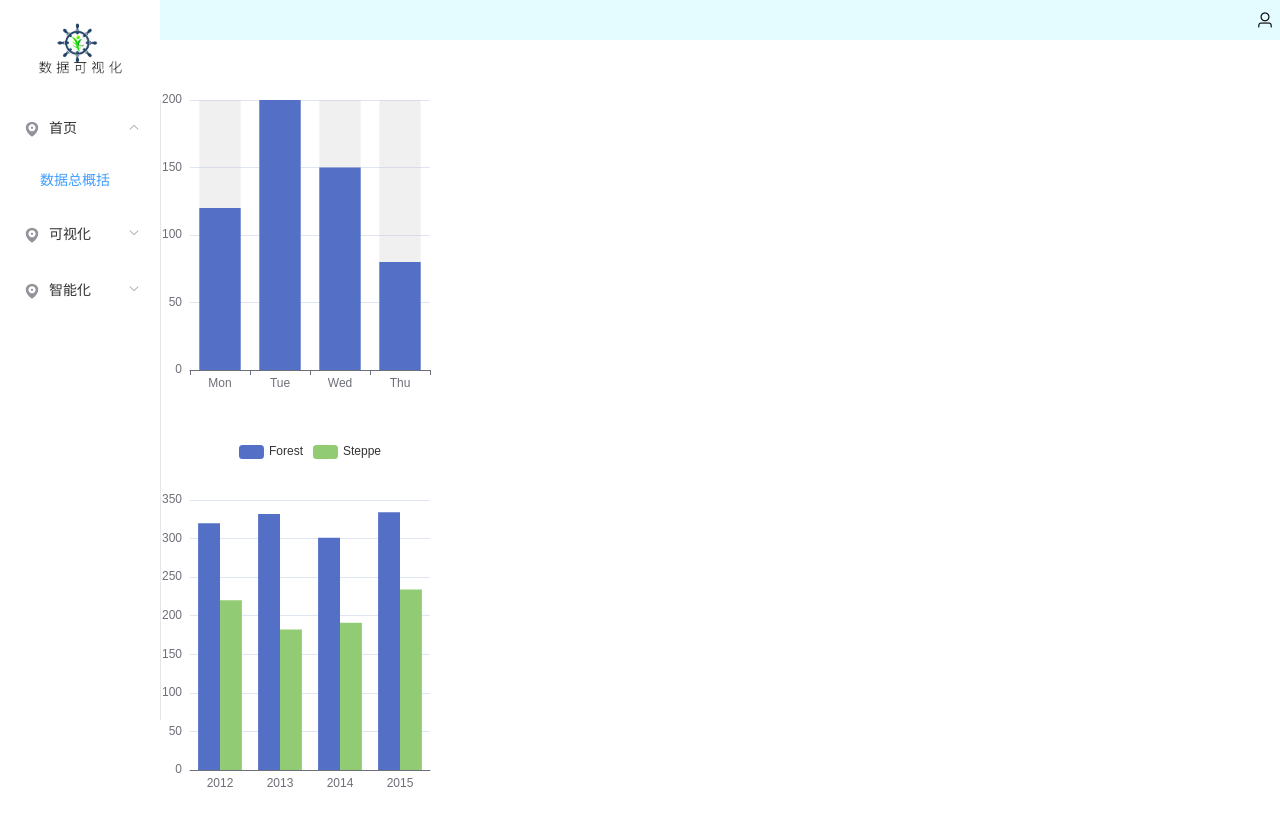
Repository: FoSuCloud/lianjia-vue
Page: /#/home/list
These files come from the project's save history. The page is drawn as it stood at one moment and after the next save; the edit follows.
The browser window is 1280 px wide. The pictures show the whole page.
The project was rebuilt for these pictures with package versions that can differ from the ones it lists, and the page was loaded fresh each time. Also part of the build but not shown: vue.config.js.

Above is the page before, as saved 2021-03-27 21:48:08.

### public/index.html
<!DOCTYPE html>
<html lang="">

<head>
    <meta charset="utf-8">
    <meta http-equiv="X-UA-Compatible" content="IE=edge">
    <meta name="viewport" content="width=device-width,initial-scale=1.0">
    <link rel="icon" href="<%= BASE_URL %>favicon.svg">
    <title>
        <%= htmlWebpackPlugin.options.title %>
    </title>
</head>

<body>
    <noscript>
      <strong>We're sorry but <%= htmlWebpackPlugin.options.title %> doesn't work properly without JavaScript enabled. Please enable it to continue.</strong>
    </noscript>
    <div id="app"></div>
    <!-- built files will be auto injected -->
</body>

</html>

### src/main.js
import Vue from "vue";
import App from "./App.vue";
import router from "./router";
import store from "./store";
import ElementUI from "element-ui";
import "element-ui/lib/theme-chalk/index.css";
import "@/assets/scss/index.scss";
import axios from '@/api/axios.js'
// 引入 echarts 核心模块，核心模块提供了 echarts 使用必须要的接口。
import * as echarts from 'echarts/core';
// 引入柱状图图表，图表后缀都为 Chart
import {
    BarChart
} from 'echarts/charts';
// 引入提示框，标题，直角坐标系组件，组件后缀都为 Component
import {
    TitleComponent,
    TooltipComponent,
    GridComponent,
    LegendComponent
} from 'echarts/components';
// 引入 Canvas 渲染器，注意引入 CanvasRenderer 或者 SVGRenderer 是必须的一步
import {
    CanvasRenderer
} from 'echarts/renderers';

// 注册必须的组件
echarts.use(
    [TitleComponent, TooltipComponent, GridComponent, LegendComponent, BarChart, CanvasRenderer]
);
//vue全局注入
Vue.prototype.$echarts = echarts
Vue.prototype.$axios = axios()
Vue.use(ElementUI, { size: "small", zIndex: 3000 });
Vue.config.productionTip = false;

new Vue({
    router,
    store,
    render: h => h(App)
}).$mount("#app");

### src/App.vue
<template>
  <div id="app">
    <router-view></router-view>
  </div>
</template>

<script>
export default {
  name: "app"
};
</script>

<style lang="scss">
#app{
  width:100%;
  height: 100%;
  min-height: 460px;
  min-width: 720px;
}
</style>

### src/router/index.js
import Vue from "vue";
import VueRouter from "vue-router";
import { RouterConstant } from '@/router/RouterConstant';
import MainLayout from "@/views/MainLayout.vue";

Vue.use(VueRouter);

let routes = [];

const dynamicRoutes = [{
        path: RouterConstant.HOME,
        name: "首页",
        component: MainLayout,
        permission: true,
        redirect: RouterConstant.HOME_DATA,
        children: [{
            path: RouterConstant.HOME_DATA,
            name: "数据可视化",
            component: () =>
                import ("@/views/home/Data.vue"),
            parentPath: RouterConstant.HOME,
            hiddenSidebar: true
        }, {
            path: RouterConstant.HOME_LIST,
            name: "数据总概括",
            component: () =>
                import ("@/views/home/Home.vue"),
            parentPath: RouterConstant.HOME
        }]
    },
    {
        path: RouterConstant.VISUALIZE,
        name: "可视化",
        component: MainLayout,
        permission: true,
        redirect: RouterConstant.VISUALIZE_GZ,
        children: [{
                path: RouterConstant.VISUALIZE_GZ,
                name: "广州",
                component: () =>
                    import ("@/views/visualize/City.vue"),
                parentPath: RouterConstant.VISUALIZE
            },
            {
                path: RouterConstant.VISUALIZE_SZ,
                name: "深圳",
                component: () =>
                    import ("@/views/visualize/City.vue"),
                parentPath: RouterConstant.VISUALIZE
            },
            {
                path: RouterConstant.VISUALIZE_BJ,
                name: "北京",
                component: () =>
                    import ("@/views/visualize/City.vue"),
                parentPath: RouterConstant.VISUALIZE
            },
            {
                path: RouterConstant.VISUALIZE_SH,
                name: "上海",
                component: () =>
                    import ("@/views/visualize/City.vue"),
                parentPath: RouterConstant.VISUALIZE
            }
        ]
    },
    {
        path: RouterConstant.BRAIN,
        name: "智能化",
        component: MainLayout,
        permission: true,
        redirect: RouterConstant.BRAIN_CALCULATE,
        children: [{
            path: RouterConstant.BRAIN_CALCULATE,
            name: "房价预测",
            component: () =>
                import ("@/views/brain/Calculate.vue"),
            parentPath: RouterConstant.BRAIN
        }]
    }
];

const withoutAuthRoutes = [{
    path: "/about",
    name: "About",
    component: () =>
        import ("@/views/About.vue")
}];

const staticRoutes = [{
    path: "/",
    redirect: "/home"
}];

routes.push(...dynamicRoutes, ...withoutAuthRoutes, ...staticRoutes);

const router = new VueRouter({
    mode: "hash",
    base: process.env.BASE_URL,
    routes
});

export default router;

### src/assets/scss/index.scss
@import './reset';
@import './global';

### src/api/axios.js
import axios from 'axios'

// 创建 axios 实例
let service = axios.create({
    // headers: {'Content-Type': 'application/json'},
    timeout: 60000
})

// 设置 post、put 默认 Content-Type
service.defaults.headers.post['Content-Type'] = 'application/json'
service.defaults.headers.put['Content-Type'] = 'application/json'

// 添加请求拦截器
service.interceptors.request.use(
    (config) => {
        if (config.method === 'post' || config.method === 'put') {
            // post、put 提交时，将对象转换为string, 为处理Java后台解析问题
            config.data = JSON.stringify(config.data)
        }
        // 请求发送前进行处理
        return config
    },
    (error) => {
        // 请求错误处理
        return Promise.reject(error)
    }
)

// 添加响应拦截器
service.interceptors.response.use(
    (response) => {
        let { data } = response
        return data
    },
    (error) => {
        let info = {},
            { status, statusText, data } = error.response

        if (!error.response) {
            info = {
                code: 5000,
                msg: 'Network Error'
            }
        } else {
            // 此处整理错误信息格式
            info = {
                code: status,
                data: data,
                msg: statusText
            }
        }
    }
)

/**
 * 创建统一封装过的 axios 实例
 * @return {AxiosInstance}
 */
export default function() {
    return service
}

### src/router/RouterConstant.js
const RouterConstant = {
    HOME: "/home",
    HOME_LIST: '/home/list',
    HOME_DATA: '/home/data',

    VISUALIZE: "/visualize",
    VISUALIZE_GZ: "/visualize/gz",
    VISUALIZE_SZ: "/visualize/sz",
    VISUALIZE_BJ: "/visualize/bj",
    VISUALIZE_SH: "/visualize/sh",

    BRAIN: "brain",
    BRAIN_CALCULATE: "/brain/calculate"
}

export { RouterConstant }

### src/views/MainLayout.vue
<template>
  <div class="main-layout">
    <Sidebar></Sidebar>
    <div class="main-layout__content">
      <Header></Header>
      <router-view></router-view>
    </div>
  </div>
</template>

<script>
import Sidebar from "@/components/sidebar/SideBar.vue";
import Header from "@/components/header/Header.vue";
export default {
  name: "MainLayout",
  components: {
    Sidebar,
    Header
  }
};
</script>

<style lang="scss">
.main-layout {
  width: 100%;
  height: 100%;
  display: flex;
  .main-layout__content{
    flex: 1;
  }
}
</style>

### src/views/home/Home.vue
<template>
  <div class="home">
    <div id="home-bar"></div>
    <div id="home-type"></div>
  </div>
</template>

<script>
export default {
  name: "Home",
  mounted() {
    this.initBar();
    this.initType();
  },
  methods: {
    initBar() {
      let bar = this.$echarts.init(document.getElementById("home-bar"));
      bar.setOption({
        tooltip: {
          trigger: "axis",
          axisPointer: {
            type: "shadow",
          },
        },
        xAxis: {
          data: ["Mon", "Tue", "Wed", "Thu"],
        },
        yAxis: {
          type: "value",
        },
        series: [
          {
            data: [120, 200, 150, 80],
            type: "bar",
            showBackground: true,
            backgroundStyle: {
              color: "rgba(180, 180, 180, 0.2)",
            },
          },
        ],
      });
    },
    initType() {
      let type = this.$echarts.init(document.getElementById("home-type"));
      type.setOption({
        tooltip: {
          trigger: "axis",
          axisPointer: {
            type: "shadow",
          },
        },
        legend: {
          data: ["Forest", "Steppe", "Desert", "Wetland"],
        },
        toolbox: {
          show: true,
          orient: "vertical",
          left: "right",
          top: "center",
          feature: {
            mark: { show: true },
            dataView: { show: true, readOnly: false },
            magicType: { show: true, type: ["line", "bar", "stack", "tiled"] },
            restore: { show: true },
            saveAsImage: { show: true },
          },
        },
        xAxis: [
          {
            type: "category",
            axisTick: { show: false },
            data: ["2012", "2013", "2014", "2015"],
          },
        ],
        yAxis: [
          {
            type: "value",
          },
        ],
        series: [
          {
            name: "Forest",
            type: "bar",
            barGap: 0,
            emphasis: {
              focus: "series",
            },
            data: [320, 332, 301, 334],
          },
          {
            name: "Steppe",
            type: "bar",
            emphasis: {
              focus: "series",
            },
            data: [220, 182, 191, 234],
          },
        ],
      });
    },
  },
};
</script>

<style lang="scss">
.home {
  height: 100%;
  width: 100%;
  #home-bar,
  #home-type {
    width: 300px;
    height: 400px;
  }
}
</style>

### src/assets/scss/reset.scss
@charset 'utf-8';

/*这些元素都建议重新初始化*/

body,
div,
dl,
dt,
dd,
ul,
ol,
li,
tr,
td,
th,
h1,
h2,
h3,
h4,
h5,
h6,
hr,
br,
img,
table,
input,
form,
a,
p,
textarea {
    padding: 0;
    margin: 0;
}

html,
body {
    height: 100%;
}


/*去掉列表默认排列*/

ul,
ol,
li {
    list-style: none;
}


/*去掉底部横线*/


/*把a元素更改设置成块级元素，这个根据实际情况决定要不要*/

a {
    text-decoration: none;
    display: block;
}


/*img标签要清除border。*/


/*display设为block设置为块级元素，默认为display:inline;
存在下边线多出4px状况,所以一般设为block*/

img {
    border: 0;
    display: block;
}


/*清除浮动破坏带来的塌陷问题*/


/*清除浮动的兼容IE*/

.clearfloat {
    zoom: 1;
}

.clearfloat:after {
    display: block;
    clear: both;
    content: "";
    visibility: hidden;
    height: 0;
}

### src/assets/scss/global.scss
.el-menu {
    width: 100%;
}

### src/components/sidebar/SideBar.vue
<template>
  <div class="lianjia-sidebar">
    <img
      :src="require('../../../public/logo.png')"
      class="lianjia-sidebar__logo"
    />
    <el-menu
      v-if="routes.length"
      :default-active="$route.parentPath || $route.path"
      class="el-menu-vertical-demo"
      router
      unique-opened
    >
      <el-submenu
        v-for="(item, index) in routes"
        :key="index"
        :index="item.path"
      >
        <template slot="title">
          <i class="el-icon-location"></i>
          <span>{{ item.name }}</span>
        </template>
        <div v-for="(sub, sIndex) in item.children" :key="sIndex">
          <el-menu-item v-if="!sub.hiddenSidebar" :index="sub.path">{{
            sub.name
          }}</el-menu-item>
        </div>
      </el-submenu>
    </el-menu>
  </div>
</template>

<script>
export default {
  name: "Sidebar",
  data() {
    return {
      routes: [],
    };
  },
  created() {
    this.routes = this.$router.options.routes.filter((item) => item.permission);
  },
};
</script>

<style lang="scss">
.lianjia-sidebar {
  height: 100%;
  width: 160px;
  .lianjia-sidebar__logo {
    width: 100px;
    height: 60px;
    margin: 20px auto;
  }
  .el-menu {
    height: calc(100% - 100px);
  }
}
</style>

### src/components/header/Header.vue
<template>
  <div class="lianjia-header">
     <i class="el-icon-user lianjia-header__icon" @click="toUserCenter"></i>
  </div>
</template>

<script>
export default {
  name: "Header",
  methods:{
      toUserCenter(){
          this.$router.push('/visualize/gz')
      }
  }
};
</script>

<style lang="scss">
.lianjia-header{
    display: flex;
    align-items: center;
    justify-content: flex-end;
    width: 100%;
    height: 40px;
    background: #e4fbff;
    .lianjia-header__icon{
        width: 24px;
        font-size: 18px;
    }
}
</style>

Loaded but not shown: src/store/index.js (common file)

After the next save:
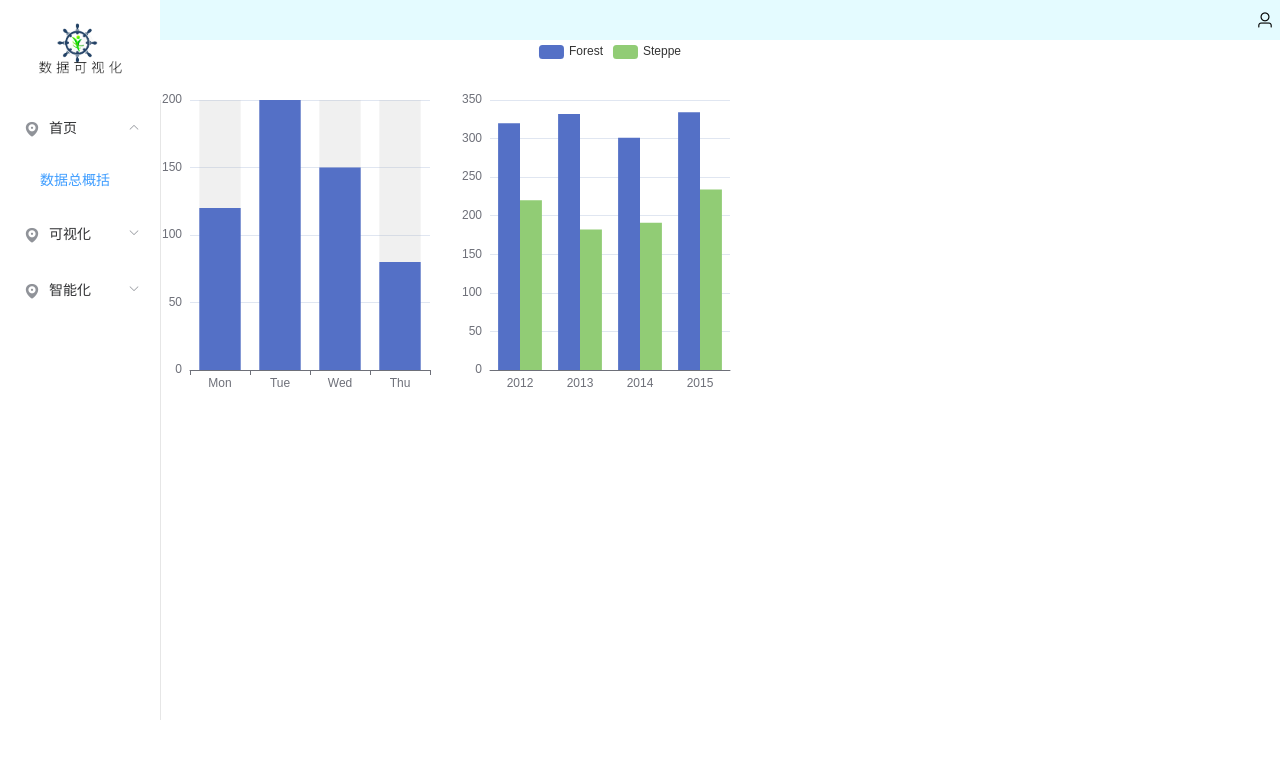
Saved 28 s later.
--- a/src/views/home/Home.vue
+++ b/src/views/home/Home.vue
@@ -108,6 +108,7 @@ export default {
   width: 100%;
   #home-bar,
   #home-type {
+    display: inline-block;
     width: 300px;
     height: 400px;
   }
